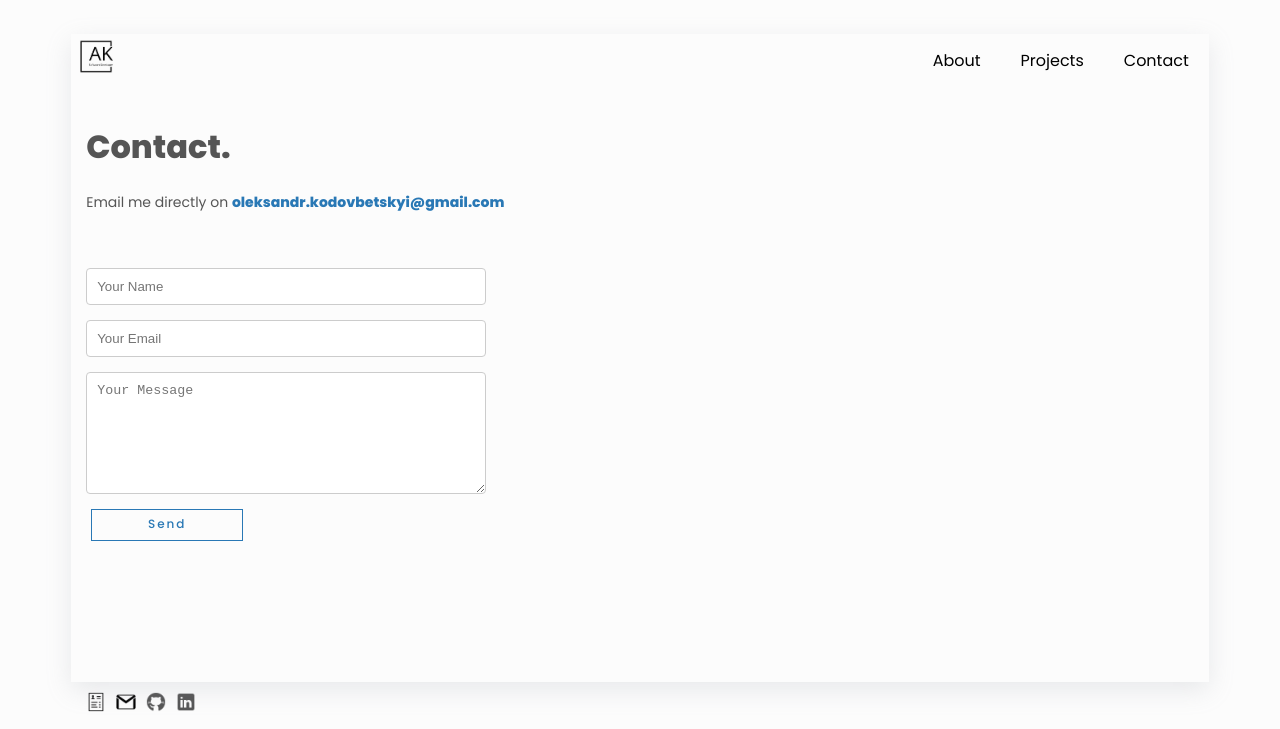
Repository: OKodovbetskyi/Portfolio
Page: /contact-me
The author's editor kept a copy of each file at every save. The page is drawn from the files as they stood at one save, then again after the next save.
The browser window is 1280 px wide. The pictures show the whole page.
The project was rebuilt for these pictures with package versions that can differ from the ones it lists, and the page was loaded fresh each time. Also part of the build but not shown: src/components/Skills.css, src/components/Skills.js, src/components/Home/Home.css, src/components/AboutMe/AboutMe.css, src/components/AboutMe/AboutMe.js, src/components/Home/Home.js, src/components/Education.js, src/components/ProjectTab.css and 5 more.

Above is the page before, as saved 2023-11-21 19:23:19.

After the next save:
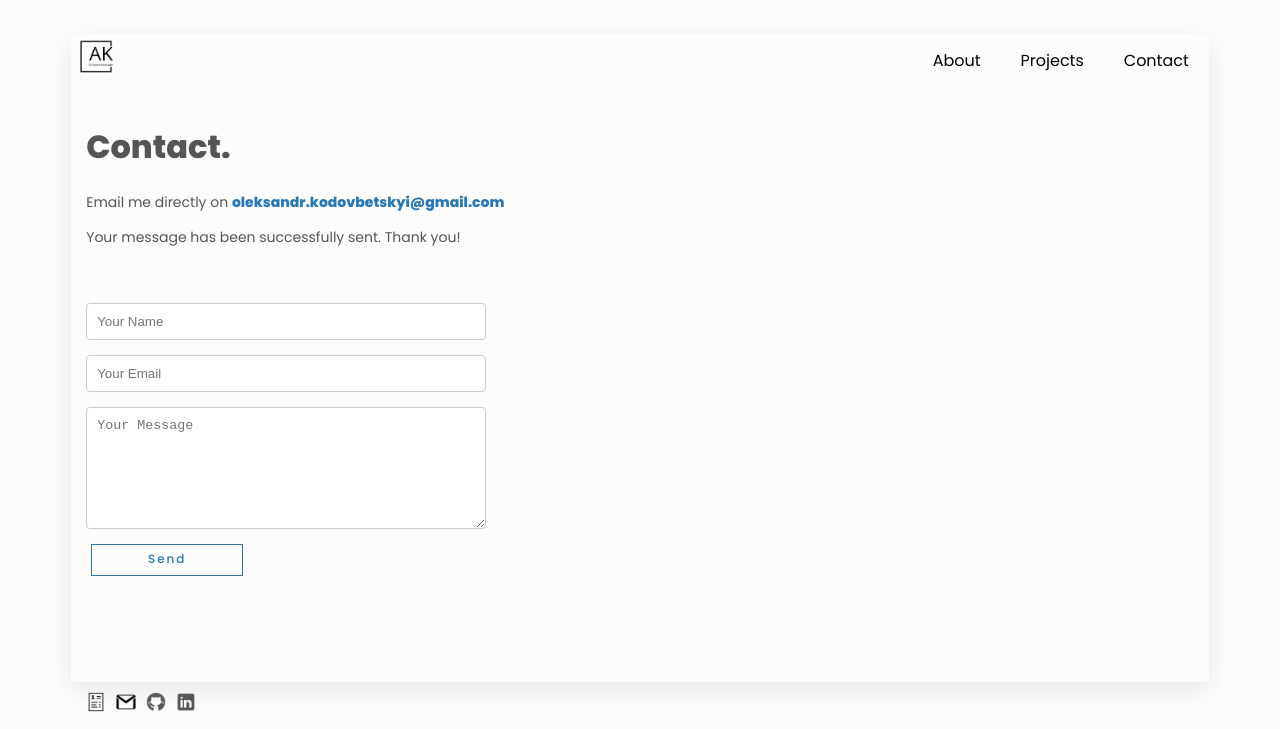
Saved 6 s later.
--- a/src/components/Contact.js
+++ b/src/components/Contact.js
@@ -6,7 +6,7 @@
   const [name, setName] = useState("");
   const [email, setEmail] = useState("");
   const [message, setMessage] = useState("");
-  const [messageSent, setMessageSent] = useState(false);
+  const [messageSent, setMessageSent] = useState(true);
   const handleSubmit = (e) => {
     // Handle form submission logic here
     console.log(name, email, message);

After the save that followed:
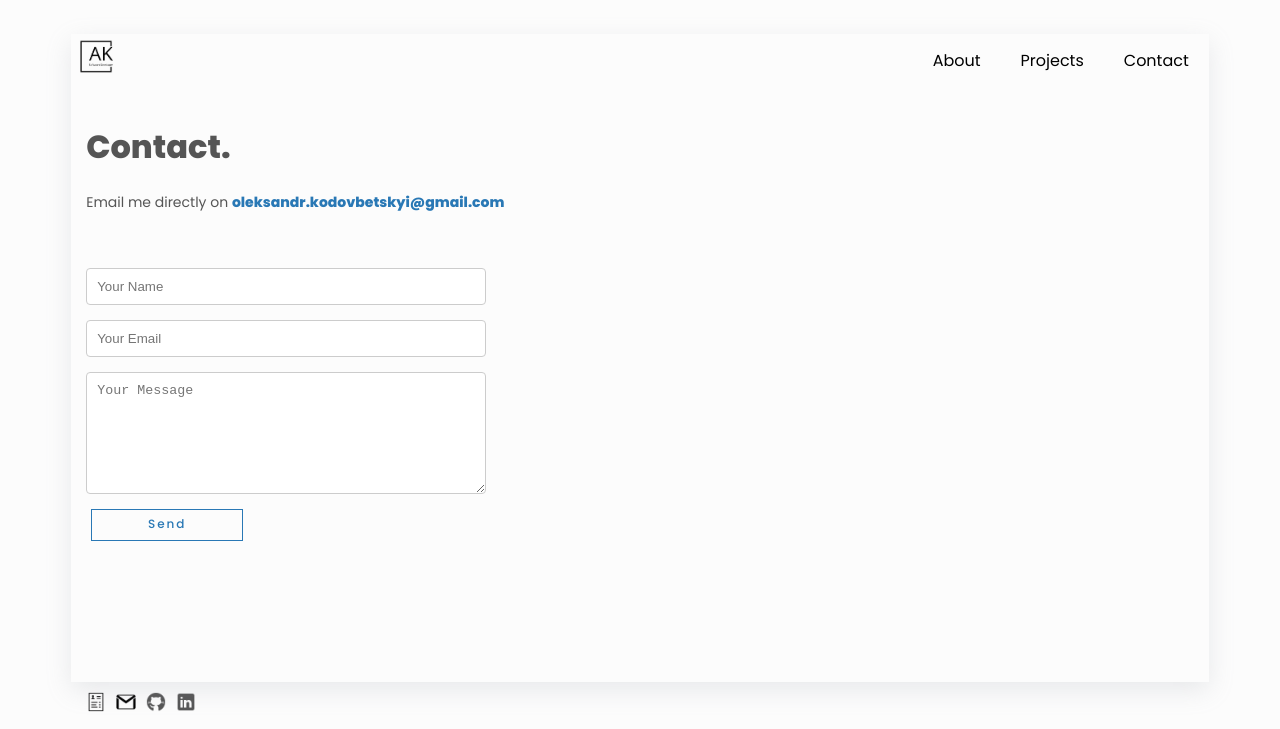
Saved 24 s later.
--- a/src/components/Contact.js
+++ b/src/components/Contact.js
@@ -6,7 +6,7 @@
   const [name, setName] = useState("");
   const [email, setEmail] = useState("");
   const [message, setMessage] = useState("");
-  const [messageSent, setMessageSent] = useState(true);
+  const [messageSent, setMessageSent] = useState(false);
   const handleSubmit = (e) => {
     // Handle form submission logic here
     console.log(name, email, message);
